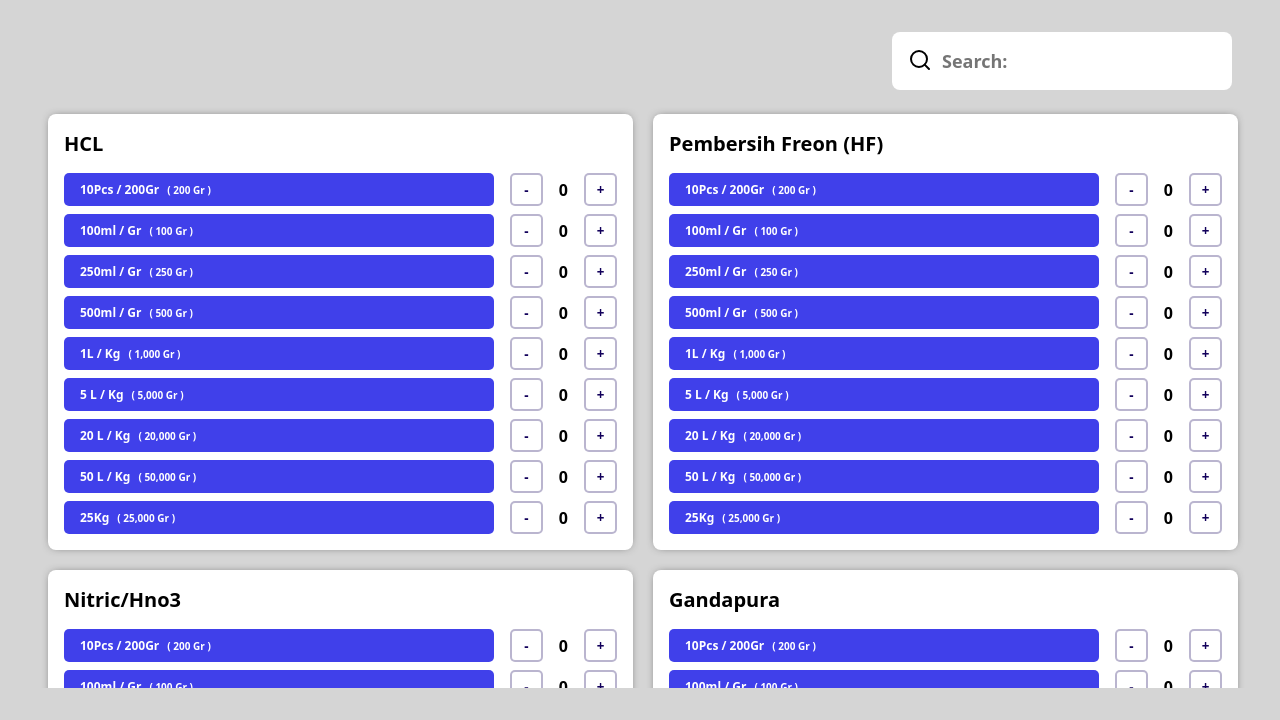
Repository: zuraniumlab-design/upstock-amsk
Page: /
The author's editor kept a copy of each file at every save. The page is drawn from the files as they stood at one save, then again after the next save.
The browser window is 1280 px wide. The pictures show the whole page.
An inner scrolling area shows only its first screen. The project was rebuilt for these pictures with package versions that can differ from the ones it lists, and the page was loaded fresh each time. Also part of the build but not shown: vite.config.js.

Above is the page before, as saved 2026-06-18 17:28:03.

After the next save:
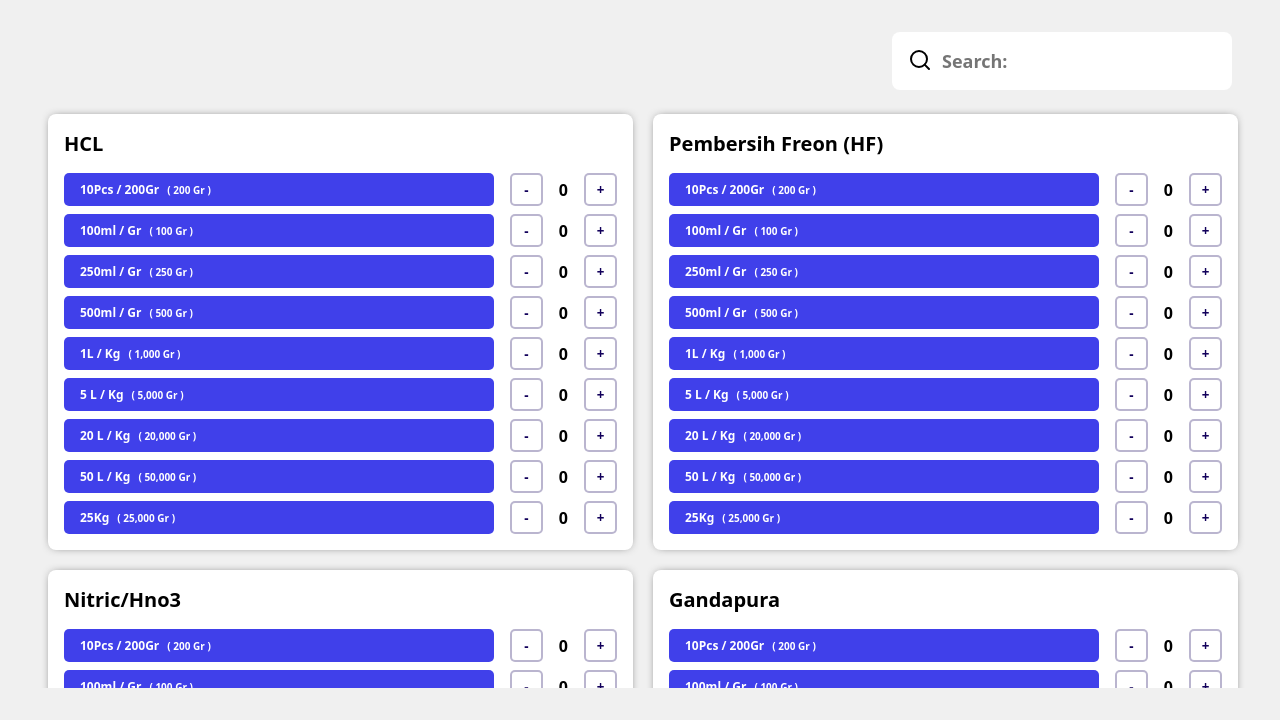
Saved 4 s later.
--- a/src/App.module.css
+++ b/src/App.module.css
@@ -1,5 +1,5 @@
 .container {
-  background-color: #d5d5d5;
+  background-color: #f0f0f0;
   height: 100vh;
   width: 100vw;
   padding: 2rem;
